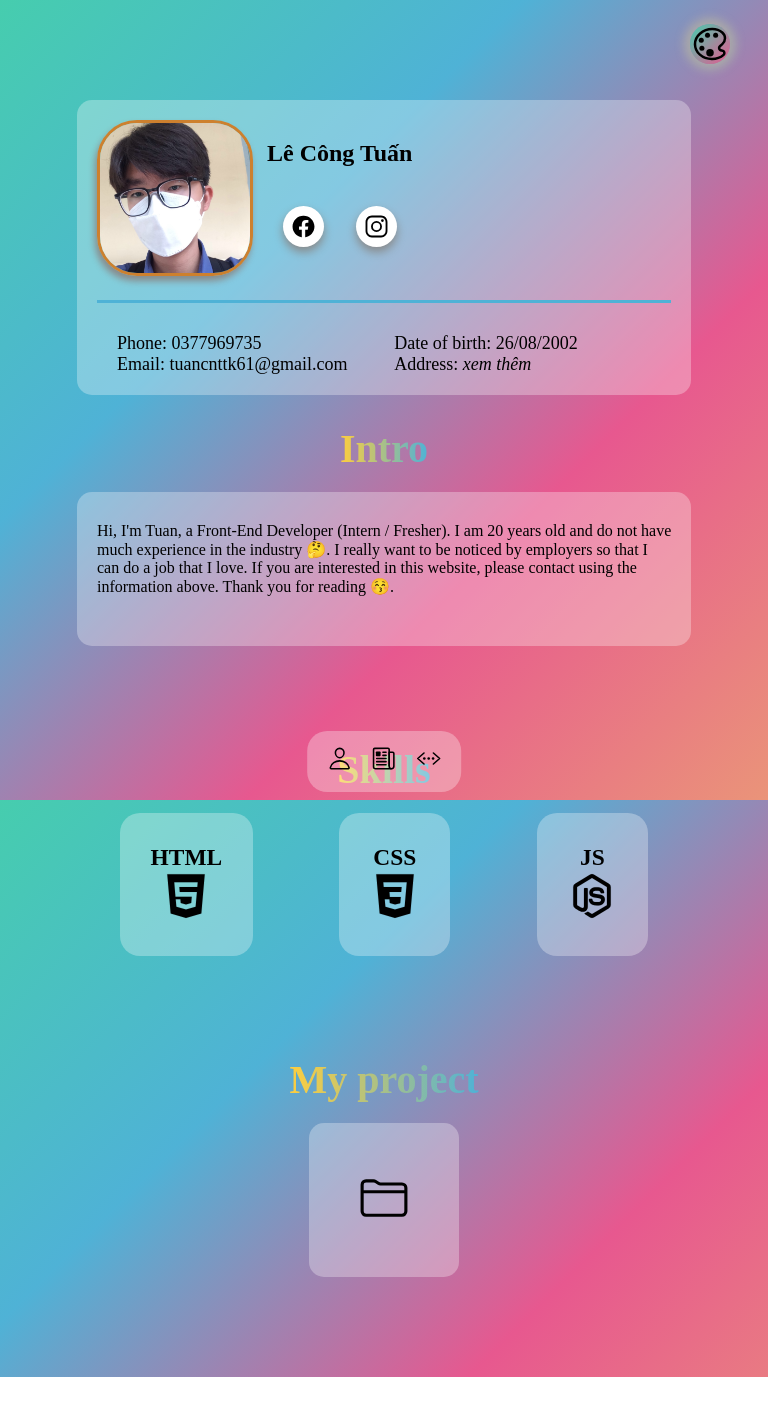
Repository: LeCongTuan2608/Profile
Page: index.html
An editor plug-in stored every save of this project. The page is shown before and after the next save, followed by the edit.
The browser window is 768 px wide. The pictures show the whole page.
Backgrounds fixed to the window are drawn as part of the page. The style sheet was rebuilt from its Sass, Less or Tailwind sources for each picture, by a compiler version that may differ from the author's.

Above is the page before, as saved 2022-05-05 12:29:49.

After the next save:
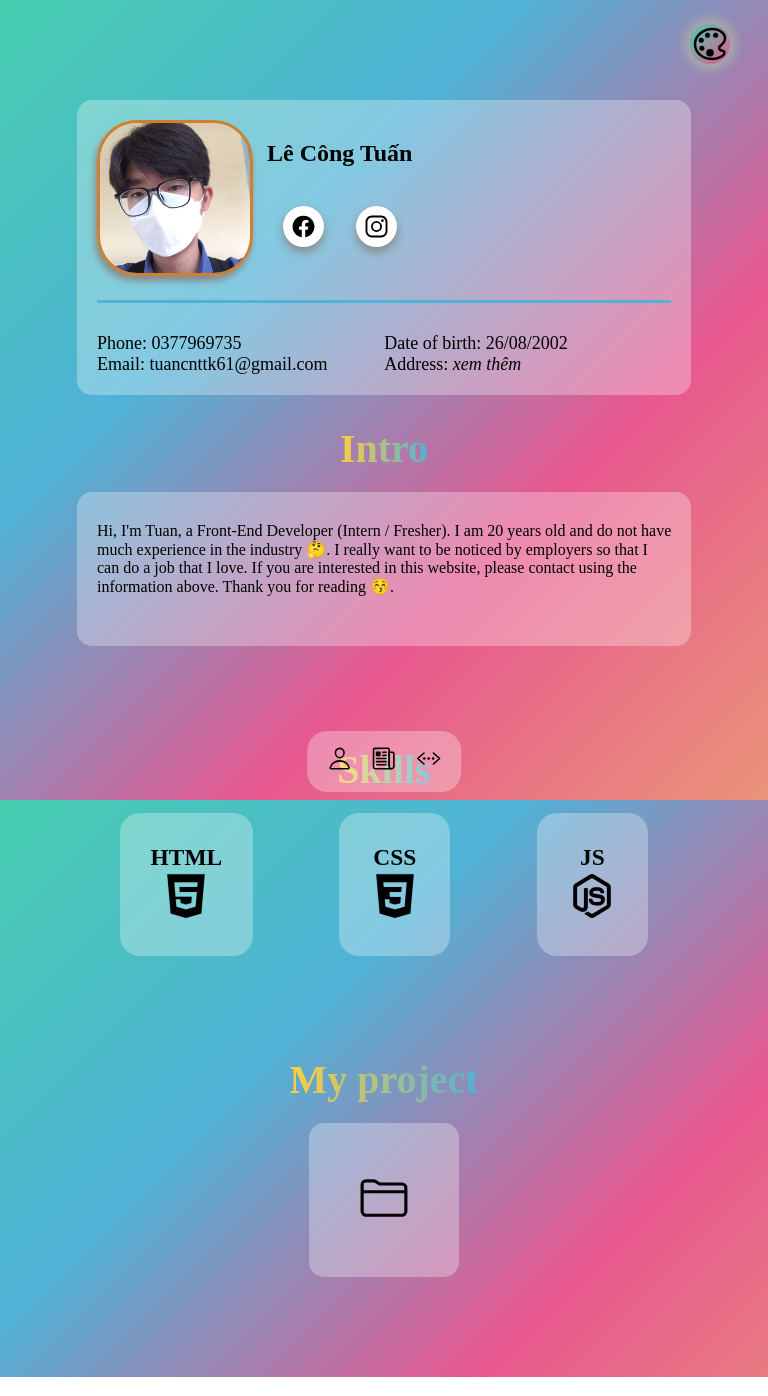
Saved 18 s later.
--- a/sass/style.scss
+++ b/sass/style.scss
@@ -422,6 +422,8 @@ background-color: #a5e296;
     }
     .contact{
         padding-top: 30px;
+        padding-left: 0px;
+
     }
 }
 @media screen and (max-width:524px){
